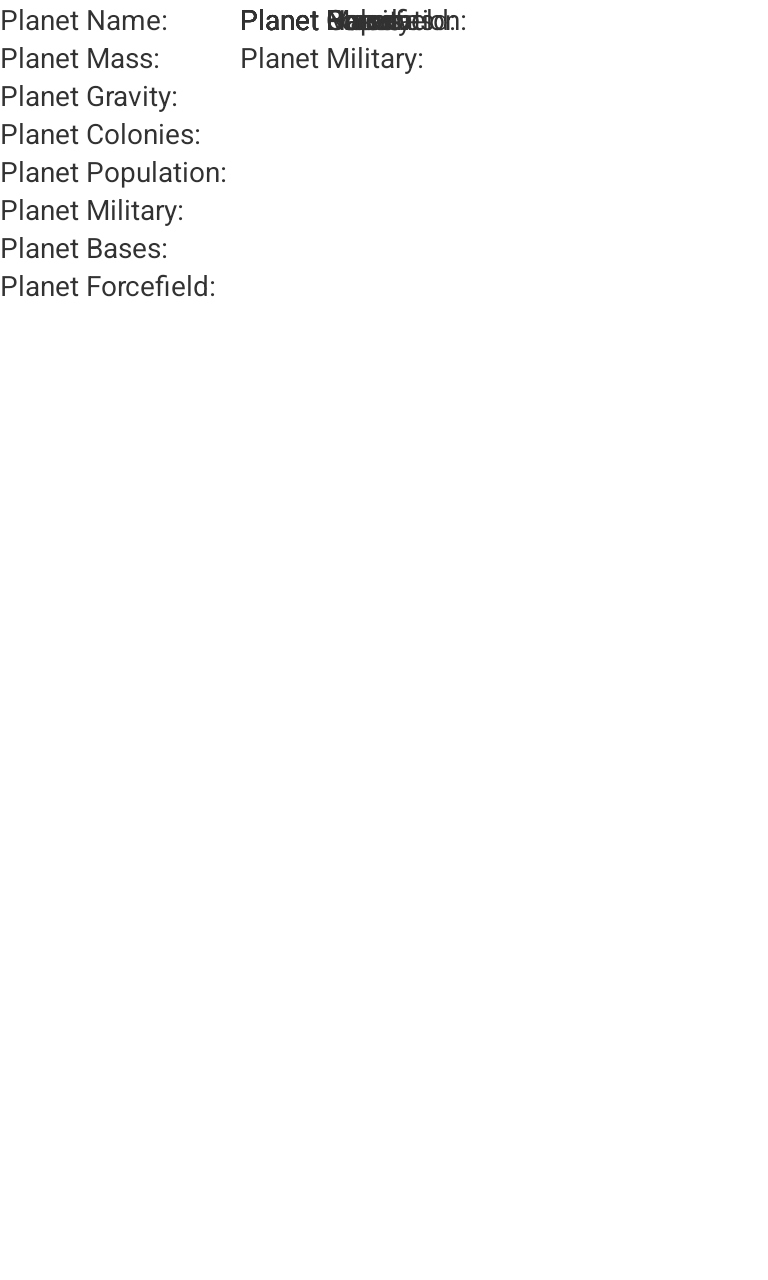
Repository: blender-head/android_basic
Layout: Hello_World/res/layout/activity_main.xml
The author's editor kept a copy of each file at every save. The layout is drawn from the files as they stood at one save, then again after the next save.
It is drawn on a 768 x 1280 px phone screen (xhdpi) without system bars, with theme AppTheme; the app's code is not run. The app's manifest (not shown) leaves right-to-left support off. So textAlignment, textDirection and layoutDirection are ignored, and left and right values win over start and end ones.

Above is the layout before, as saved 2013-12-31 16:32:12.

After the next save:
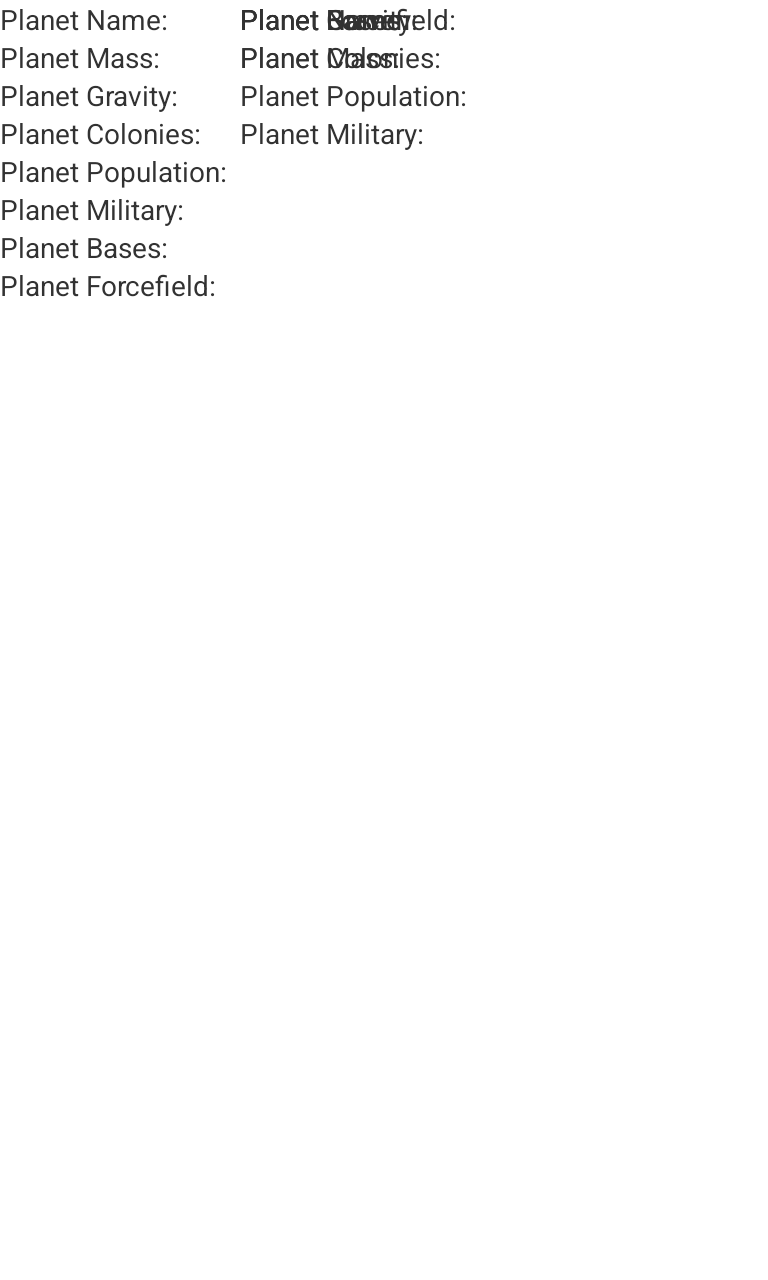
Saved 18 s later.
--- a/Hello_World/res/layout/activity_main.xml
+++ b/Hello_World/res/layout/activity_main.xml
@@ -33,7 +33,7 @@
         android:id="@+id/dataView2"
         android:layout_toRightOf="@+id/textView2"
         android:layout_alignStart="@+id/dataView1"
-        android:layout_alignBelow="@+id/dataView1"
+        android:layout_below="@+id/dataView1"
         android:layout_width="wrap_content"
         android:layout_height="wrap_content"
         android:text="@string/planet_mass_label" />
@@ -51,7 +51,7 @@
         android:id="@+id/dataView3"
         android:layout_toRightOf="@+id/textView3"
         android:layout_alignStart="@+id/dataView1"
-        android:layout_alignBelow="@+id/dataView3"
+        android:layout_below="@+id/dataView3"
         android:layout_width="wrap_content"
         android:layout_height="wrap_content"
         android:text="@string/planet_gravity_label" />
@@ -69,7 +69,7 @@
         android:id="@+id/dataView4"
         android:layout_toRightOf="@+id/textView4"
         android:layout_alignStart="@+id/dataView1"
-        android:layout_alignBelow="@+id/dataView3"
+        android:layout_below="@+id/dataView3"
         android:layout_width="wrap_content"
         android:layout_height="wrap_content"
         android:text="@string/planet_colonies_label" />
@@ -87,7 +87,7 @@
         android:id="@+id/dataView5"
         android:layout_toRightOf="@+id/textView5"
         android:layout_alignStart="@+id/dataView1"
-        android:layout_alignBelow="@+id/dataView4"
+        android:layout_below="@+id/dataView4"
         android:layout_width="wrap_content"
         android:layout_height="wrap_content"
         android:text="@string/planet_population_label" />
